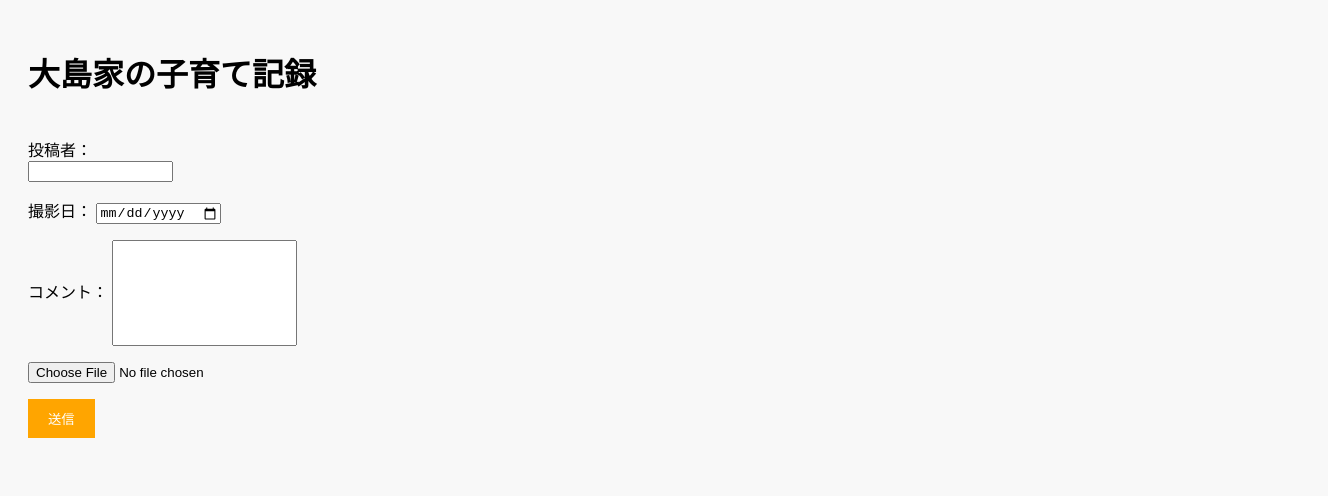
Repository: daidai0602/gs_kadai_questionnaire
Page: http://localhost/post.php
An editor plug-in stored every save of this project. The page is shown before and after the next save, followed by the edit.
The browser window is 1280 px wide. The page is 1328 px wide, so the pictures cover 1328 px, including what lies to the right of the window. The pictures show the whole page.
The page is run by PHP 8.4 with error messages shown; the project is at /var/www/html/.

Above is the page before, as saved 2023-11-15 23:10:25.

### post.php
<!DOCTYPE html>
<html lang="ja">
<head>
  <meta charset="UTF-8">
  <title>Document</title>
  <style>
    body {
      font-family: Arial, Helvetica, sans-serif;
      background-color: #f8f8f8;;
      padding: 20px;
      width: 100%;
      /* text-align: center; */
    }
    h1 {
      padding-bottom: 20px;
    }
    input[type=textarea]{
      height: 100px;
    }
    input[type=submit]{
      background-color: orange;
      color: white;
      padding: 10px 20px;
      border: none;
      cursor: pointer;
    }

  </style>
</head>
<body>
  <h1>大島家の子育て記録</h1>
  <form action="write.php" method="post" enctype="multipart/form-data">
    <p>投稿者：<br>
       <input type="text" name="name" size="15" required></p>
    <p>撮影日：
       <input type="date" name="date" required></p>
    <p>コメント： <input type="textarea" name="comment" size="20" required></p>
    <p><input type="file" name="upload_image"accept=".jpg,.jpeg,.png"></p>
    <p><input type="submit" class="btn_submit" value="送信"></p>
  </form>
</body>
</html>

After the next save:
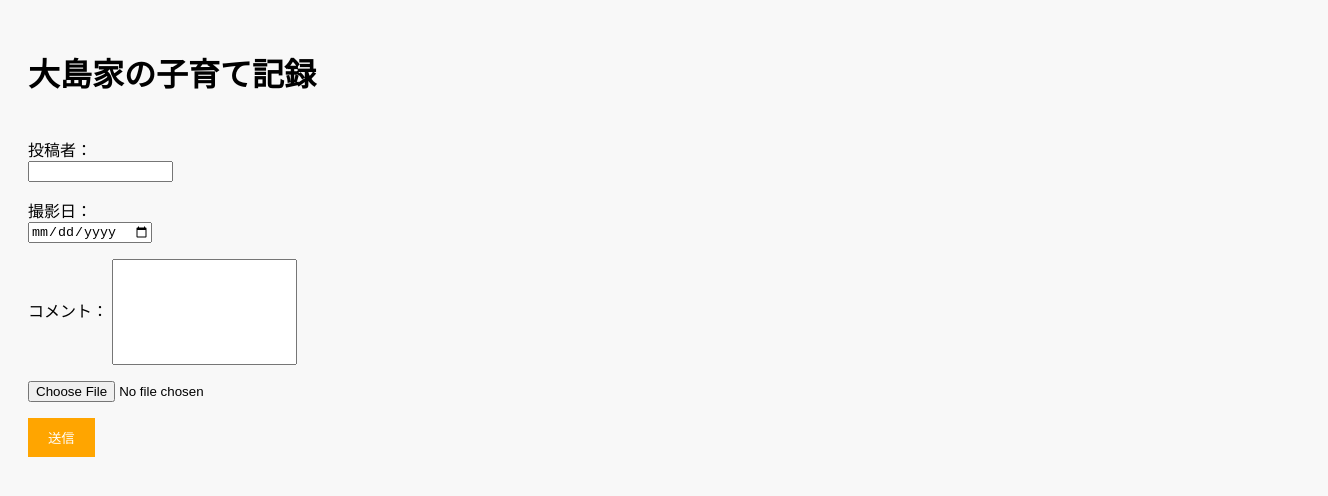
Saved 5 s later.
--- a/post.php
+++ b/post.php
@@ -32,7 +32,7 @@
   <form action="write.php" method="post" enctype="multipart/form-data">
     <p>投稿者：<br>
        <input type="text" name="name" size="15" required></p>
-    <p>撮影日：
+    <p>撮影日：<br>
        <input type="date" name="date" required></p>
     <p>コメント： <input type="textarea" name="comment" size="20" required></p>
     <p><input type="file" name="upload_image"accept=".jpg,.jpeg,.png"></p>
